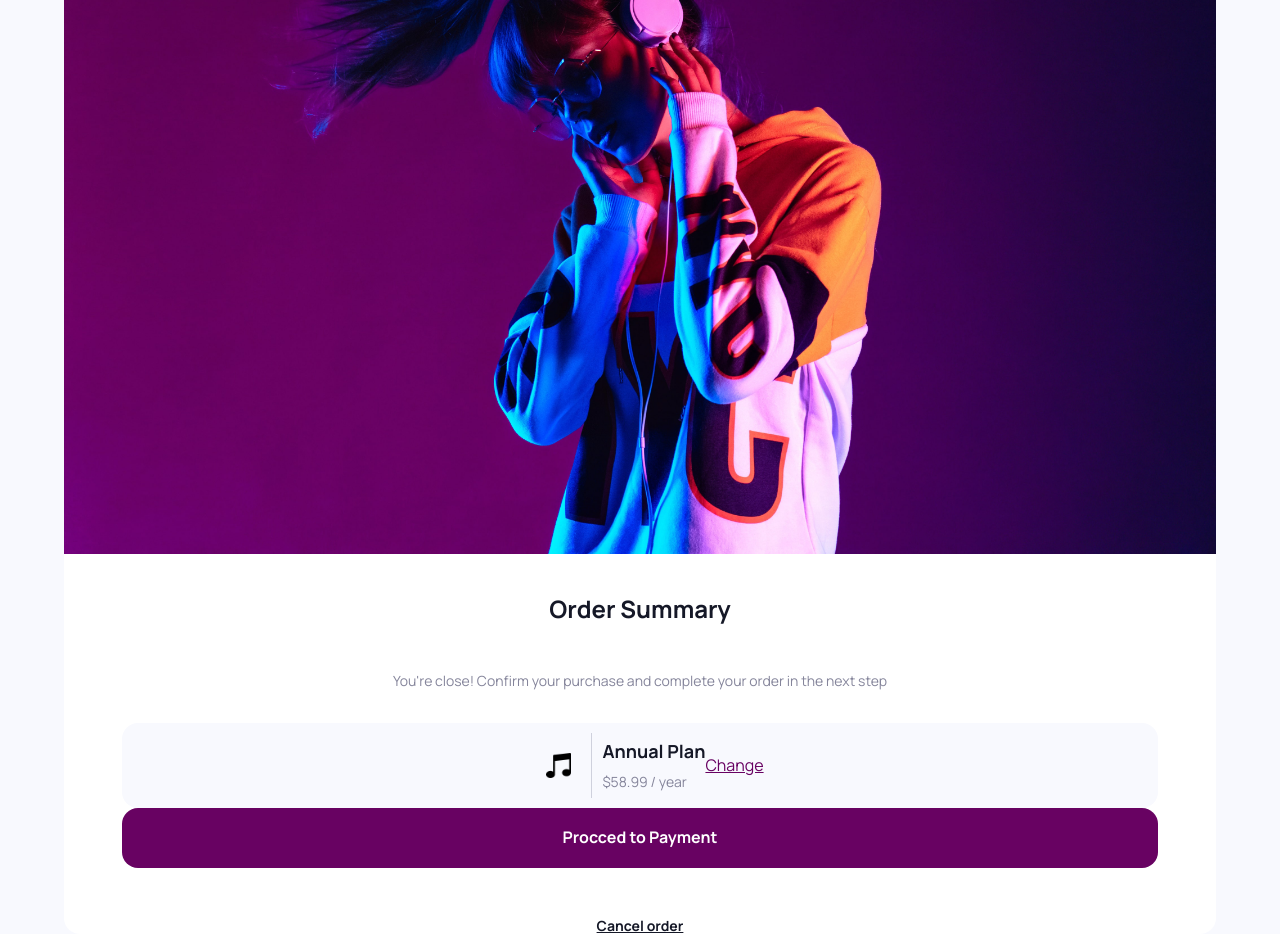
Repository: ssynowiec/INVO-Academy-solution
Page: /
An editor plug-in stored every save of this project. The page is shown before and after the next save, followed by the edit.
The browser window is 1280 px wide. The pictures show the whole page.
The project was rebuilt for these pictures with package versions that can differ from the ones it lists, and the page was loaded fresh each time.

Above is the page before, as saved 2023-03-04 20:16:08.

### index.html
<!DOCTYPE html>
<html lang="en">

<head>
  <meta charset="UTF-8" />
  <link rel="icon" type="image/svg+xml" href="/vite.svg" />
  <meta name="viewport" content="width=device-width, initial-scale=1.0" />
  <title>INVO Academy JS Starter with Vite</title>
</head>

<!-- In order to start your challenge, remove all the content inside <div id="home-page"></div> and start coding :) -->

<body>
  <div id="home-page" class="container">
    <section class="order">
      <img src="/images/girl.jpeg" alt="" class="order-image">
      <h1 class="order-title">Order Summary</h1>
      <p class="order-description">You're close! Confirm your purchase and complete your order in the next step</p>
      <div class="order-summary">
        <img src="/images/music.png" alt="" class="order-icon">
        <div class="product">
          <h2 class="product-name">Annual Plan</h2>
          <p class="product-price">$58.99 / year</p>
        </div>
        <a href="#" class="product-link">Change</a>
      </div>
      <button class="order-button">Procced to Payment</button>
      <a href="#" class="order-link">Cancel order</a>
    </section>
  </div>

  <script type="module" src="/src/global-scripts/main.js"></script>
  <script type="module" src="/src/pages/home-page/scripts/home-page.js"></script>
</body>

</html>

### src/pages/home-page/scripts/home-page.js
/// Homepage JavaScript File
/// Here we import all the JavaScript files we need for our homepage.

import '../styles/home-page.scss';

### src/global-styles/style.scss
/// Main Styles File
/// Here we import all the global Styles files we need for our project.

@import 'styles/normalize.scss';
@import 'styles/root.scss';
@import 'styles/fonts.scss';

body {
	font-family: 'Manrope', sans-serif;
	color: var(--color-primary);
	background-color: var(--color-background);
	display: flex;
	justify-content: center;
	align-items: center;
	height: 100vh;
}

p {
	color: var(--color-on-surface);
}

### src/pages/home-page/styles/home-page.scss
/// Homepage Styles File
/// Here we import all the Styles files we need for our Homepage.

.container {
	display: flex;
	justify-content: center;
	align-items: center;
}

.order {
	display: flex;
	flex-direction: column;
	justify-content: between;
	align-items: center;
	width: 90%;
	border-radius: 16px;
	overflow: hidden;
	background-color: var(--color-white);

	&-image {
		width: 100%;
		height: 20%;
		object-fit: cover;
	}

	&-title {
		font-weight: bold;
		padding-top: 25px;
		font-size: 24px;
		color: var(--color-title);
	}

	&-description {
		font-size: 14px;
		padding: 20px;
		color: var(--color-body);
		text-align: center;
	}

	&-summary {
		display: flex;
		justify-content: center;
		align-items: center;
		width: 90%;
		border-radius: 16px;
		background-color: var(--color-background);
	}

	&-icon {
		width: 25px;
		height: 25px;
		margin: 10px;
		padding: 20px;
		border-right: 1px solid var(--color-stroke);
	}

	&-button {
		width: 90%;
		height: 60px;
		padding: 10px;
		border-radius: 16px;
		font-weight: bold;
		font-size: 16px;
		line-height: 160%;
		letter-spacing: -1%;
		border: none;
		background-color: var(--color-primary);
		color: var(--color-white);
		cursor: pointer;

		&:hover {
			background-color: var(--color-primary-hover);
		}
	}

	&-link {
		letter-spacing: -1%;
		padding-top: 50px;
		font-size: 14px;
		font-weight: bold;
		color: var(--color-title);
	}
}

.product {
	color: var(--color-title);

	&-name {
		font-size: 18px;
		line-height: 18px;
		font-weight: bold;
	}

	&-price {
		font-weight: medium;
		font-size: 14px;
		line-height: 14px;
		color: var(--color-body);
	}

	&-link {
		color: var(--color-primary);
		font-size: 16px;
		line-height: 160% ;
	}
}

### src/global-styles/styles/root.scss
/// Root Styles file
/// Here we define all the root variables we need for our project.
/// For examples see Material Design color system: https://m2.material.io/design/color/the-color-system.html

:root {
	--color-primary: #680262;
	--color-primary-hover: #490245;
	--color-background: #f8f9fe;
	--color-title: #151827;
	--color-body: #85859b;
	--color-stroke: #cfd1dd;
	--color-white: #ffffff;
}

### src/global-styles/styles/fonts.scss
/// Main Fonts File
/// Here we import all the fonts files we need for our project.

@import url('https://fonts.googleapis.com/css2?family=Manrope:wght@200;300;400;500;600;700;800&display=swap');

Loaded but not shown: src/global-scripts/main.js (common file); src/global-styles/styles/normalize.scss (common file)

After the next save:
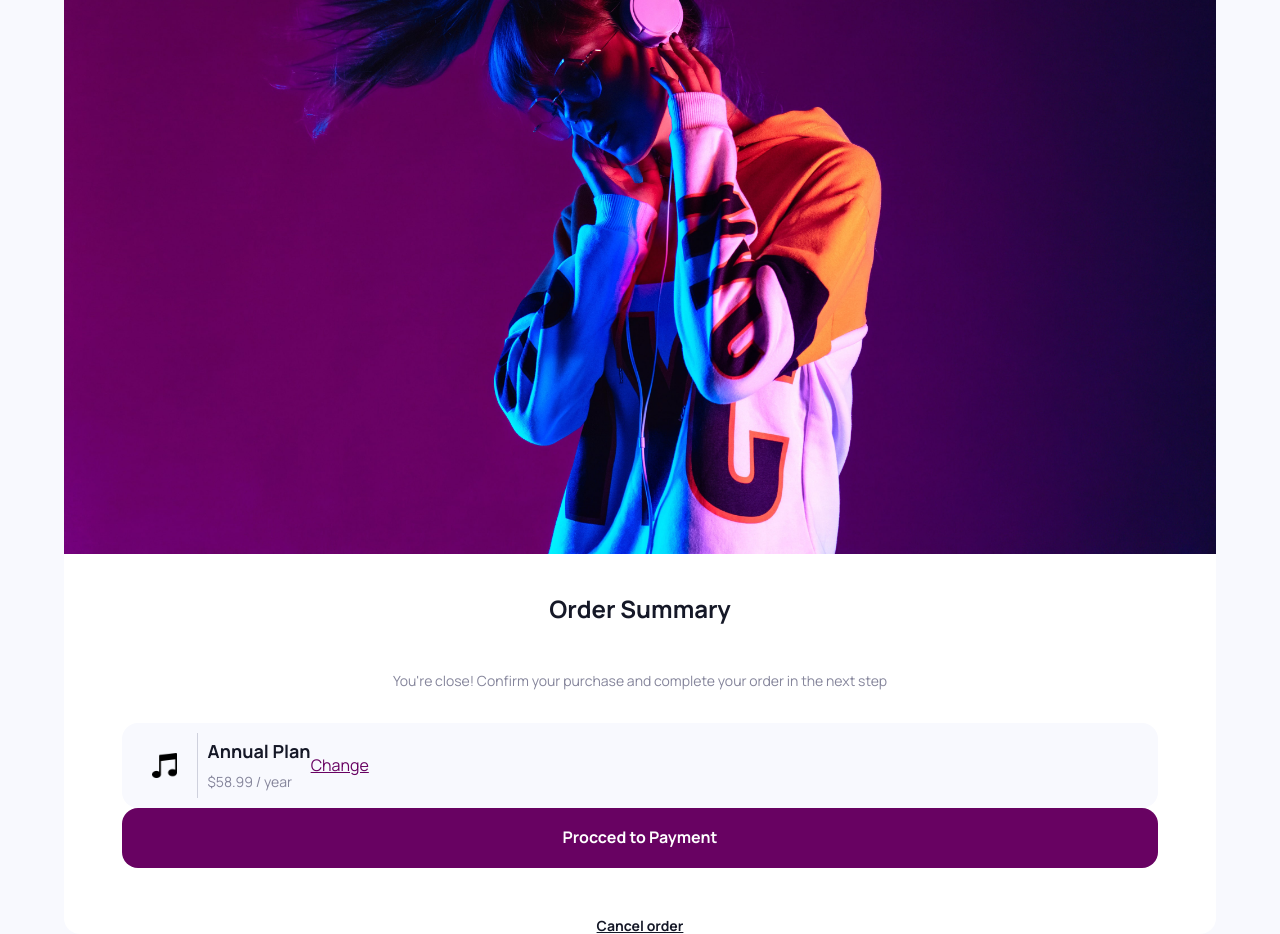
Saved 23 s later.
--- a/src/pages/home-page/styles/home-page.scss
+++ b/src/pages/home-page/styles/home-page.scss
@@ -39,7 +39,7 @@
 
 	&-summary {
 		display: flex;
-		justify-content: center;
+		// justify-content: center;
 		align-items: center;
 		width: 90%;
 		border-radius: 16px;
@@ -101,6 +101,6 @@
 	&-link {
 		color: var(--color-primary);
 		font-size: 16px;
-		line-height: 160% ;
+		line-height: 160%;
 	}
 }

After the 2 saves that followed:
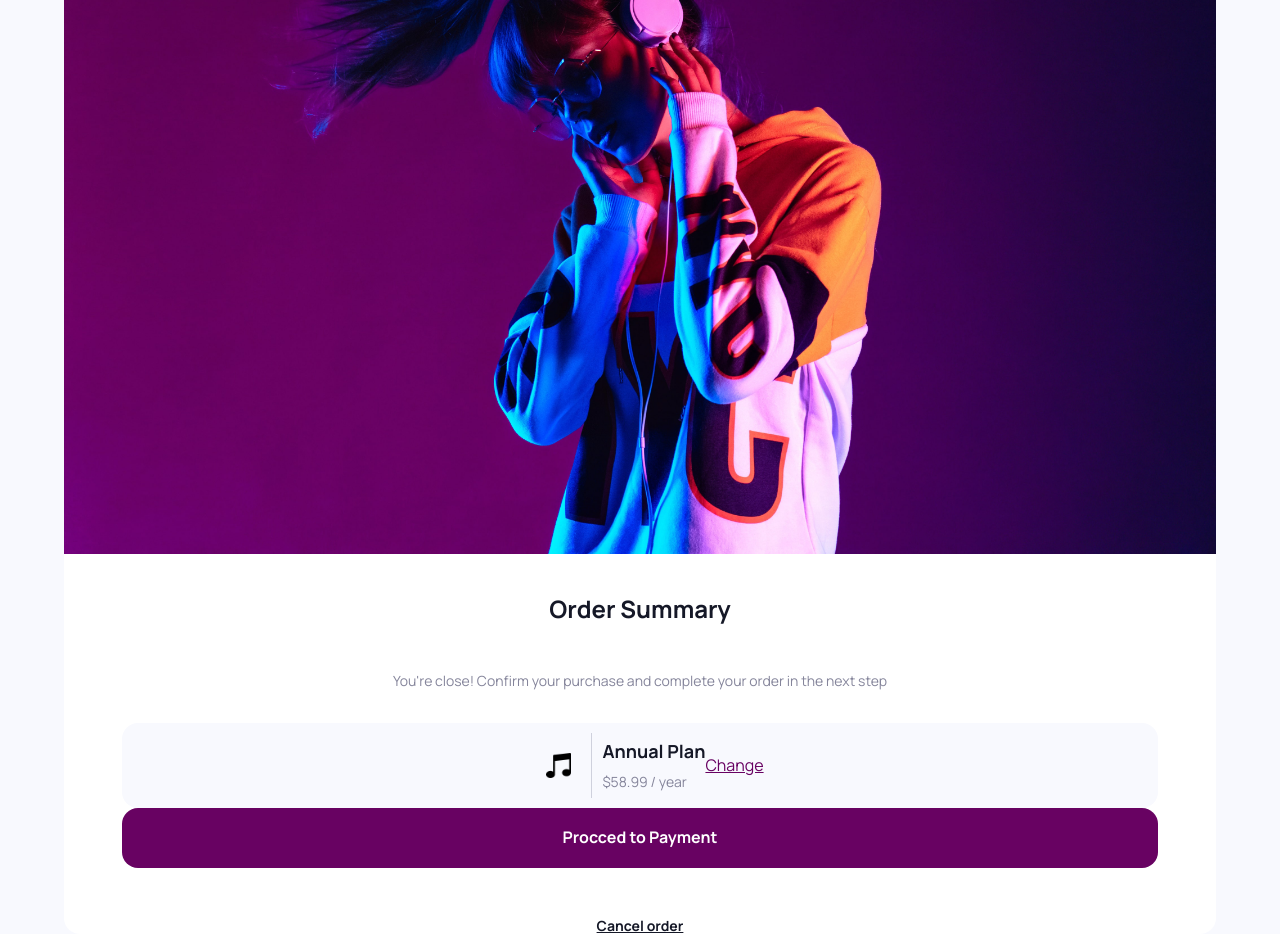
The 2 saves are shown as one change because 1 left the picture as it was.
The last was saved 33 s later.
--- a/src/pages/home-page/styles/home-page.scss
+++ b/src/pages/home-page/styles/home-page.scss
@@ -39,7 +39,7 @@
 
 	&-summary {
 		display: flex;
-		// justify-content: center;
+		justify-content: center;
 		align-items: center;
 		width: 90%;
 		border-radius: 16px;
